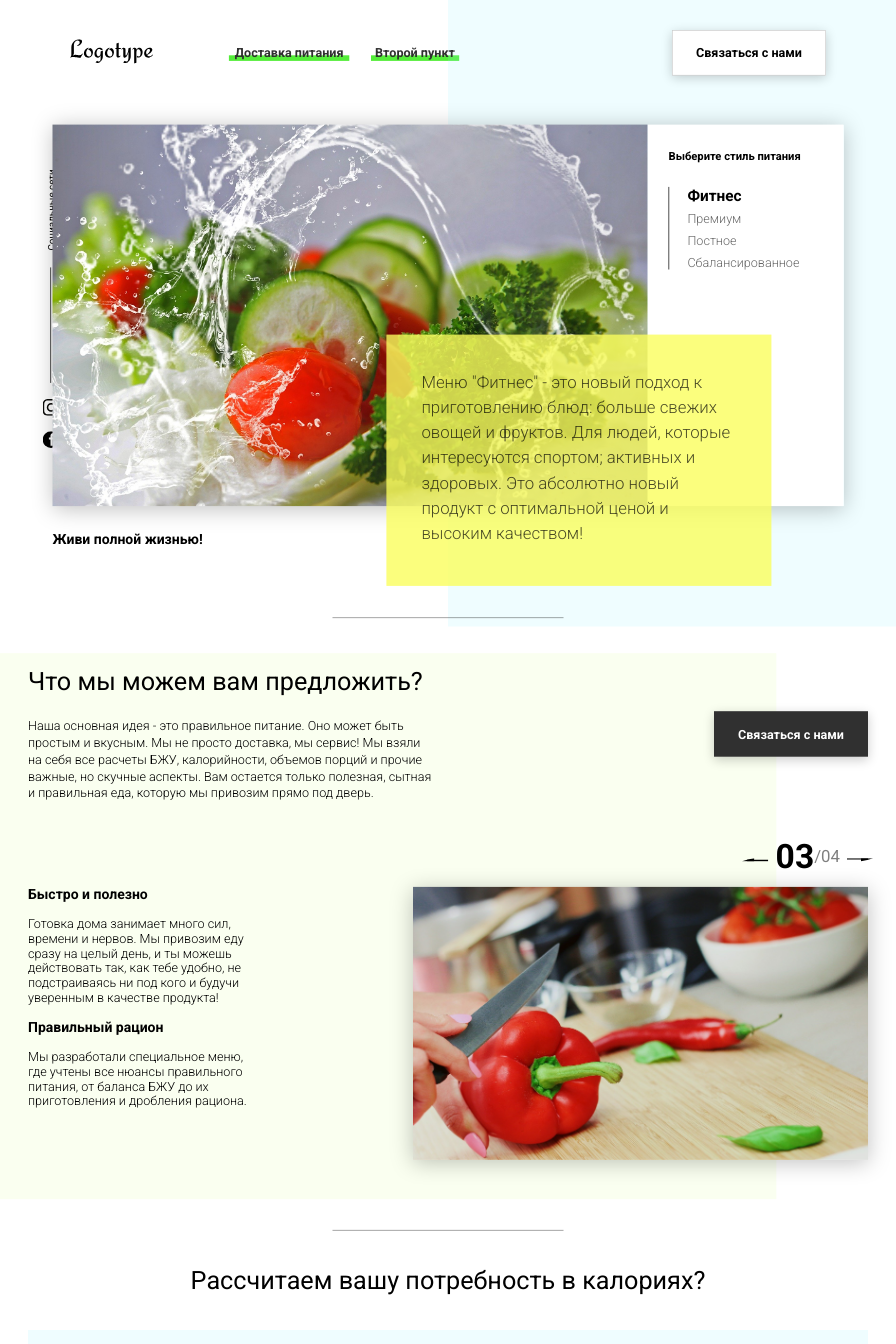
Repository: timSkot/udemy
Page: Создаем табы в новом проекте/index.html
These files come from the project's save history. The page is drawn as it stood at one moment and after a run of saves; the edit follows.
The browser window is 1280 px wide. The pictures show the part of the page from y = 0 to 1920 px (the page is 4251 px tall before and 3967 px after), at 70% of full size.

Above is the page before, as saved 2021-01-22 16:53:07.

After the next 2 saves:
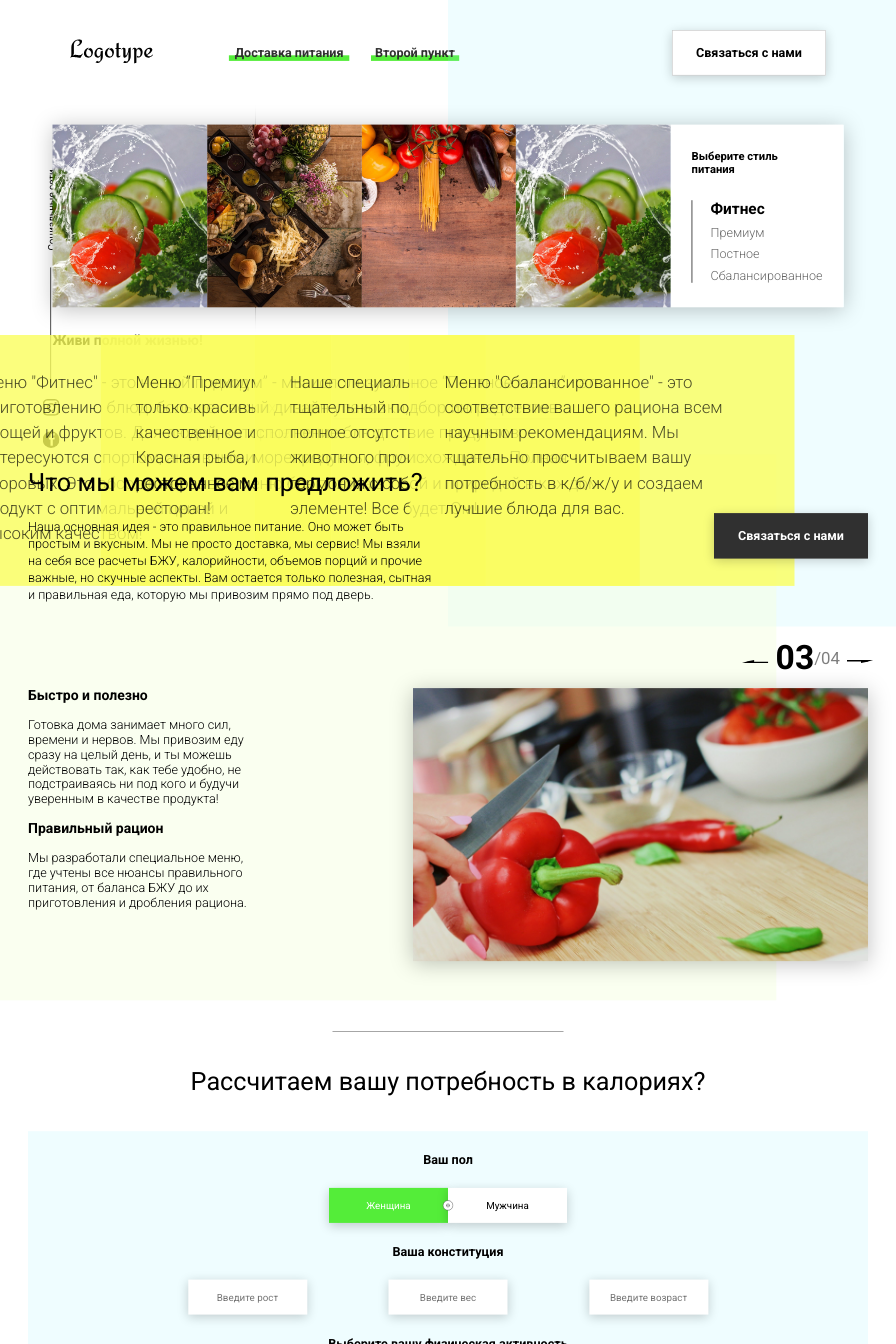
Console error: SyntaxError: Unexpected token '}'
The 2 saves are shown as one change because they came seconds apart.
The last was saved 13 s later.
--- a/Создаем табы в новом проекте/js/script.js
+++ b/Создаем табы в новом проекте/js/script.js
@@ -27,7 +27,7 @@
         const target = event.target;
         if (target && target.classList.contains('tabheader__item')) {
             tabs.forEach((item, i) => {
-
+                if(target)
             });
         }
     });

After the 4 saves that followed:
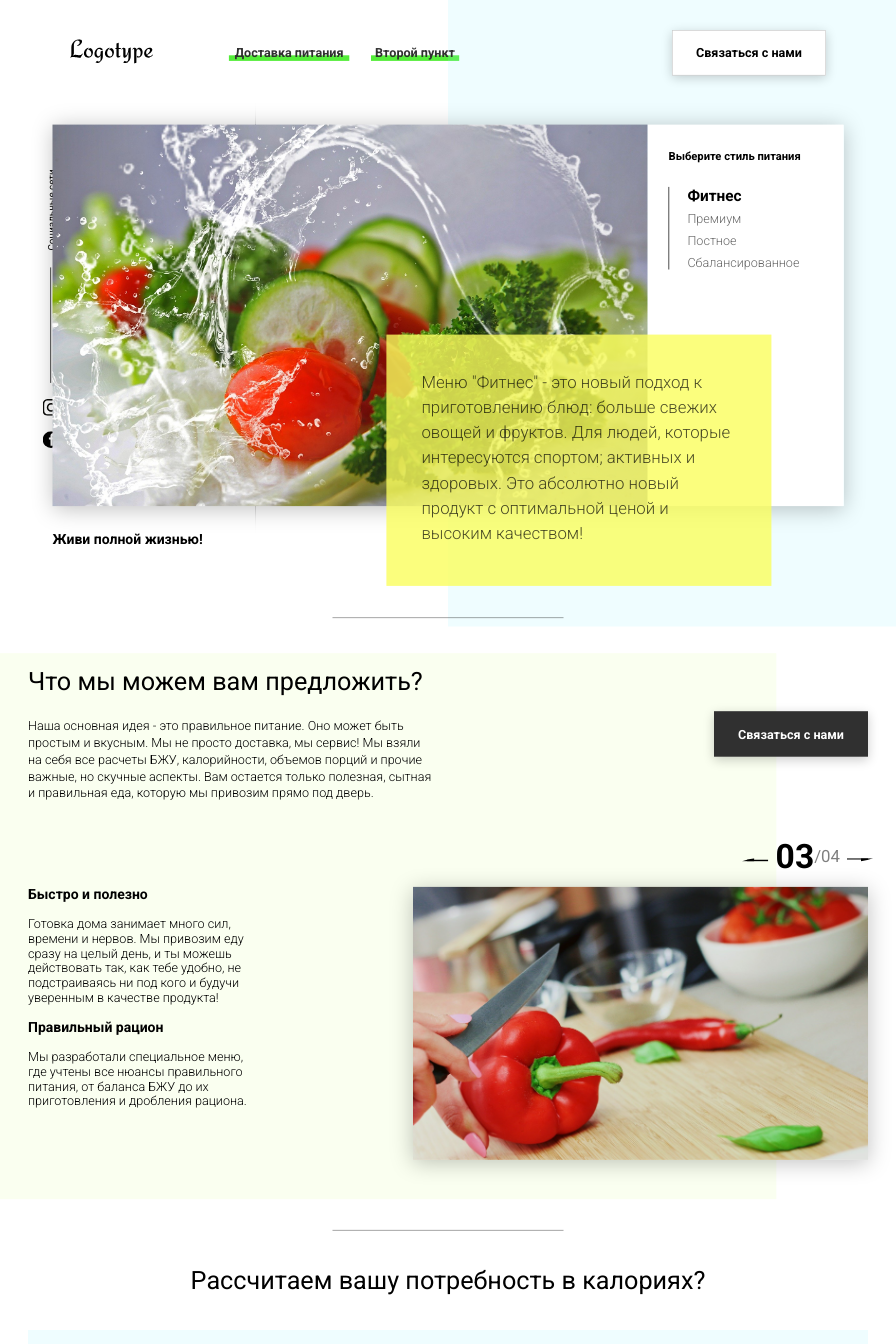
The error is gone.
The 4 saves are shown as one change because 1 left the picture as it was and some came seconds apart.
The last was saved 12 s later.
--- a/Создаем табы в новом проекте/js/script.js
+++ b/Создаем табы в новом проекте/js/script.js
@@ -27,7 +27,9 @@
         const target = event.target;
         if (target && target.classList.contains('tabheader__item')) {
             tabs.forEach((item, i) => {
-                if(target)
+                if (target == item) {
+
+                }
             });
         }
     });
